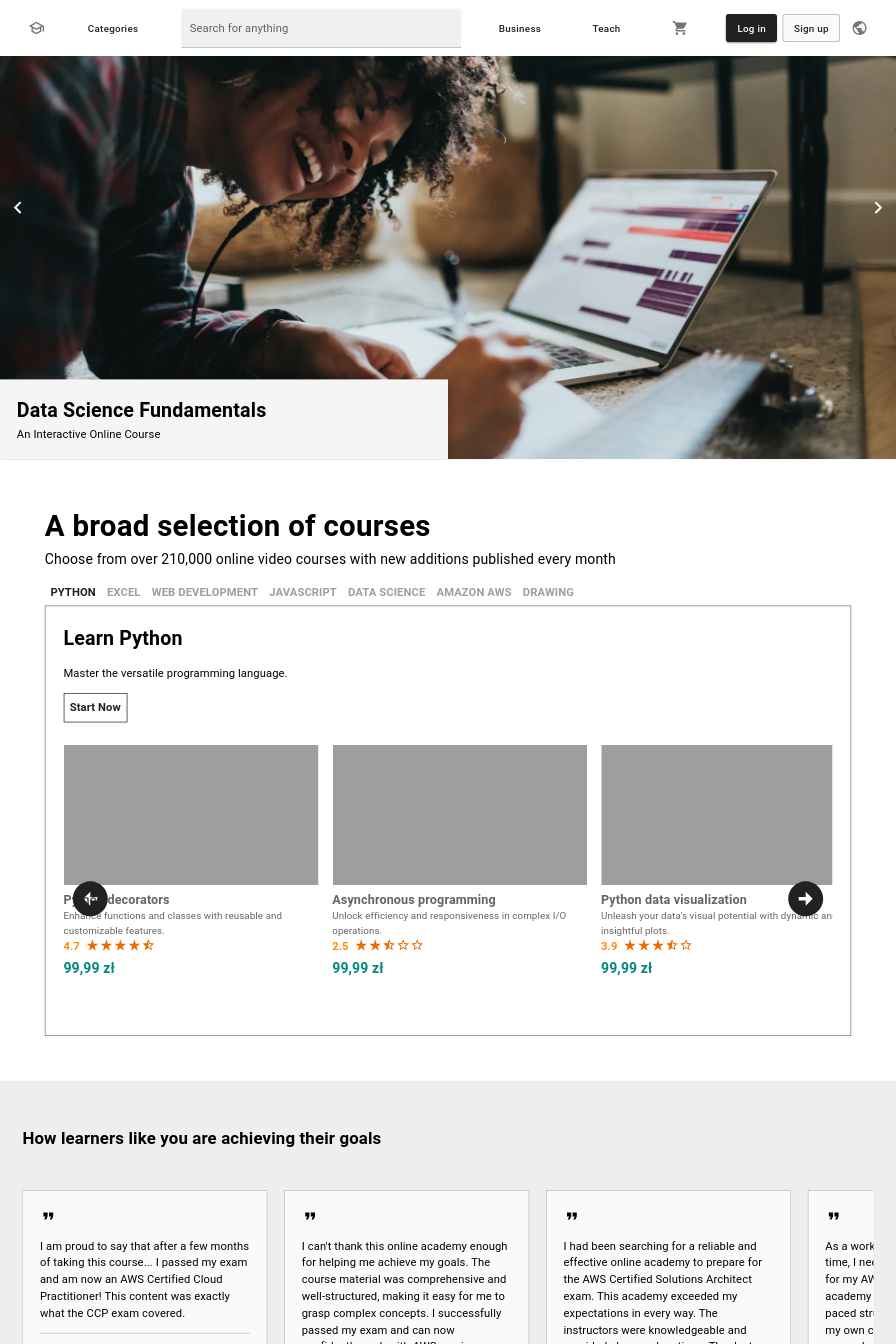
Repository: princ3-web/academy
Page: /
These files come from the project's save history. The page is drawn as it stood at one moment and after a run of saves; the edit follows.
The browser window is 1280 px wide. The pictures show the part of the page from y = 0 to 1920 px (the page is 5458 px tall), at 70% of full size.
Pictures or frames that could not be fetched are drawn as grey boxes. The project was rebuilt for these pictures with package versions that can differ from the ones it lists, and the page was loaded fresh each time. Also part of the build but not shown: vite.config.js, src/pages/Courses.jsx, src/pages/Business.jsx, src/pages/Teach.jsx.

Above is the page before, as saved 2023-07-12 16:37:47.

After the next 2 saves:
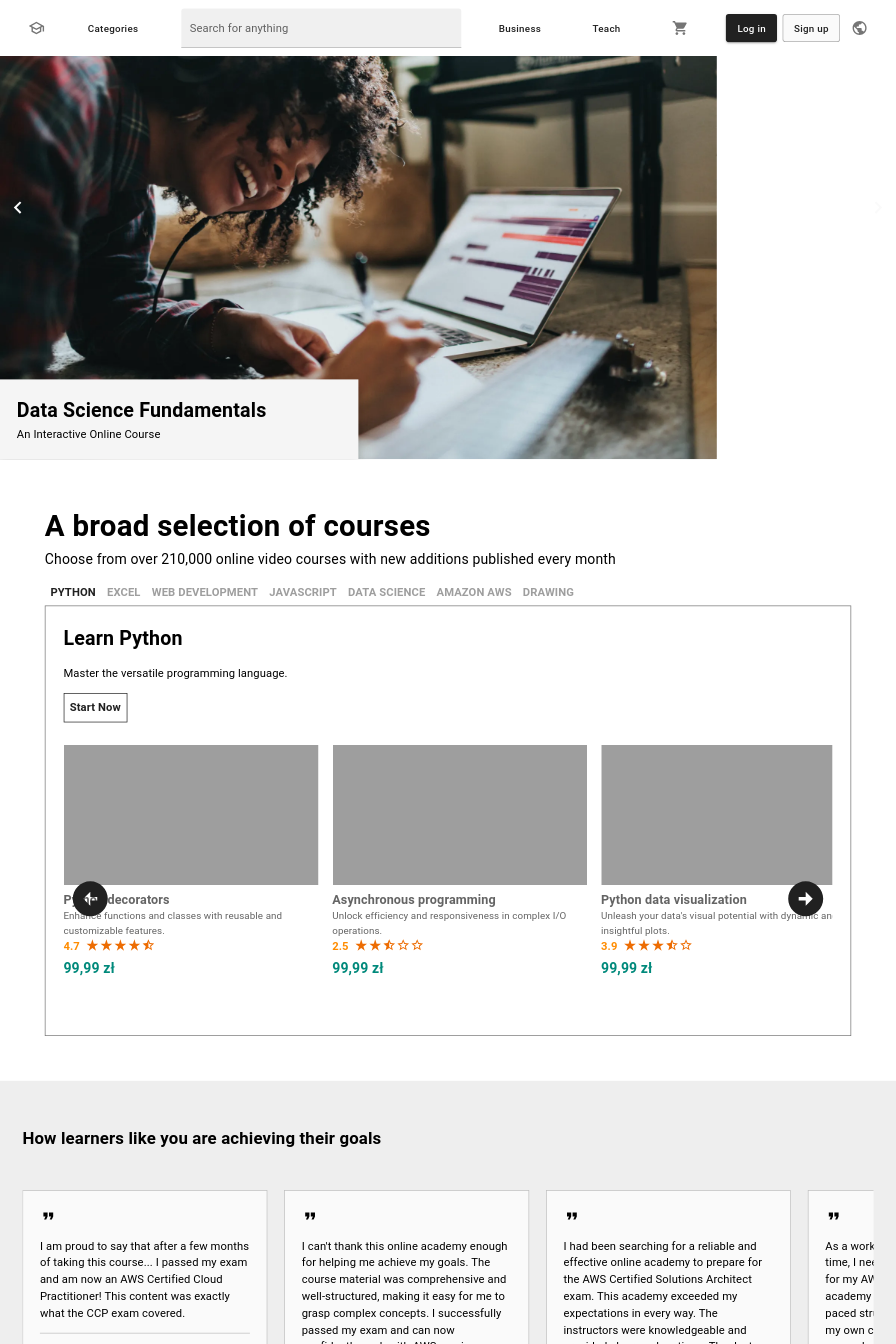
The 2 saves are shown as one change because they came seconds apart.
The last was saved 15 s later.
--- a/src/components/SingleCarousel.jsx
+++ b/src/components/SingleCarousel.jsx
@@ -53,7 +53,7 @@
             position: "absolute",
             justifyContent: "center",
             alignContent: "center",
-            width: "100%",
+            width: "100v",
             height: "80vh",
             transition: "0.5s",
             filter: n === index ? "Opacity(1)" : "Opacity(0)",

After the save that followed:
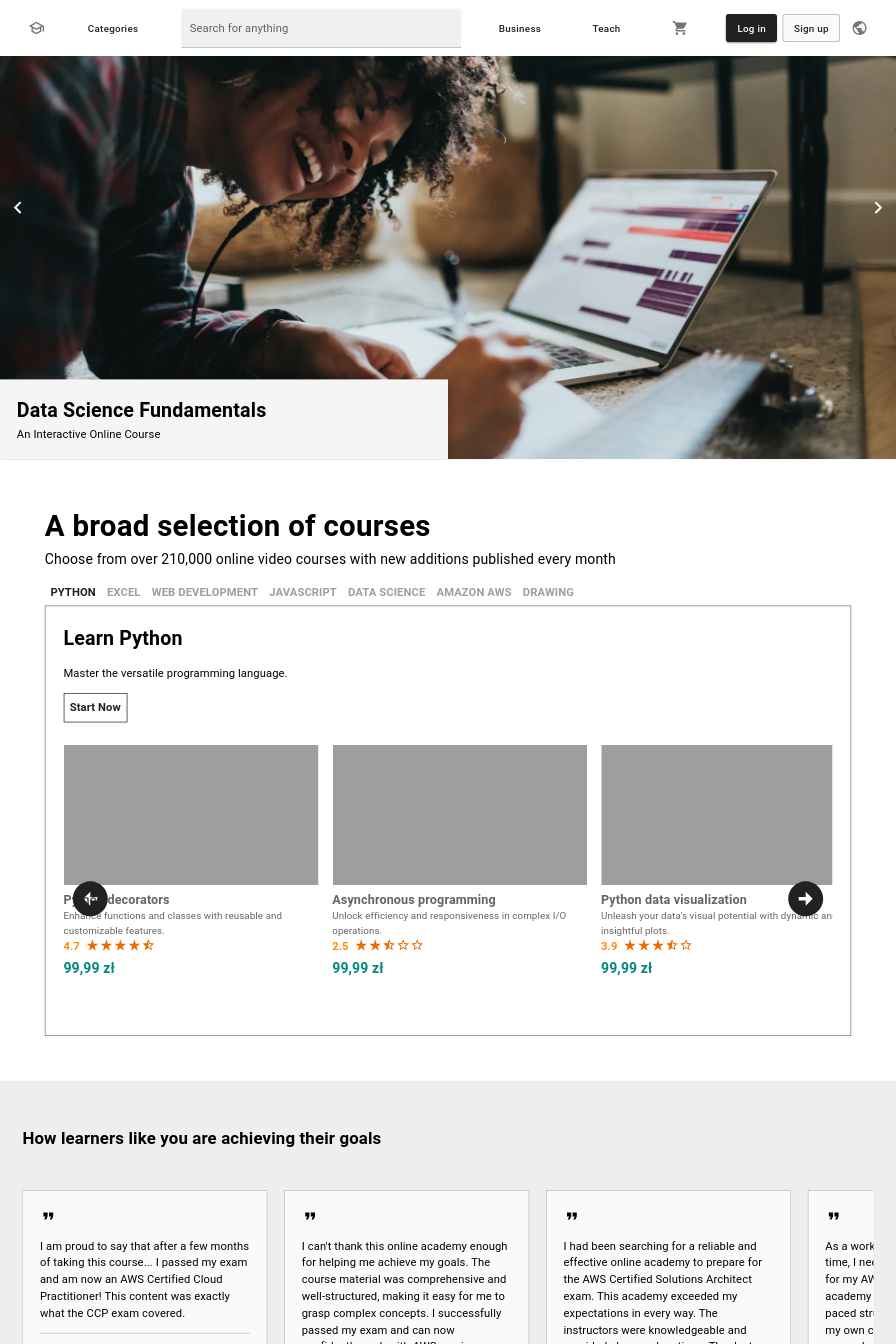
Saved 4 s later.
--- a/src/components/SingleCarousel.jsx
+++ b/src/components/SingleCarousel.jsx
@@ -53,7 +53,7 @@
             position: "absolute",
             justifyContent: "center",
             alignContent: "center",
-            width: "100v",
+            width: "100%",
             height: "80vh",
             transition: "0.5s",
             filter: n === index ? "Opacity(1)" : "Opacity(0)",
